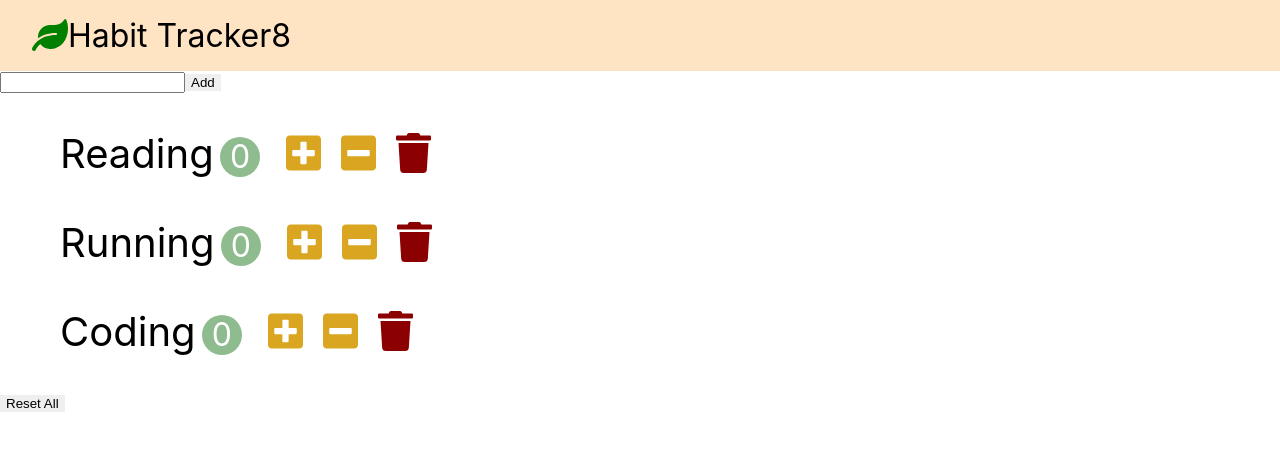
Repository: keehoonjung/react-habit-tracker
Page: / (app in react/habit-tracker/)
The author's editor kept a copy of each file at every save. The page is drawn from the files as they stood at one save, then again after the next save.
The browser window is 1280 px wide. The pictures show the whole page.
The project was rebuilt for these pictures with package versions that can differ from the ones it lists, and the page was loaded fresh each time.

Above is the page before, as saved 2021-08-30 18:30:44.

### react/habit-tracker/public/index.html
<!DOCTYPE html>
<html lang="en">
  <head>
    <meta charset="utf-8" />
    <link rel="icon" href="%PUBLIC_URL%/favicon.ico" />
    <meta name="viewport" content="width=device-width, initial-scale=1" />
    <meta name="theme-color" content="#000000" />
    <meta
      name="description"
      content="Web site created using create-react-app"
    />
    <link rel="apple-touch-icon" href="%PUBLIC_URL%/logo192.png" />
    <title>App</title>
  </head>
  <body>
    <noscript>You need to enable JavaScript to run this app.</noscript>
    <div id="root"></div>
  </body>
</html>

### react/habit-tracker/src/app.jsx
import React, { Component } from "react";
import "./app.css";
import Habits from "./components/habits";

class App extends Component {
  state = {
    count: 0,
  };
  render() {
    return (
      <>
        <nav className="header">
          <i className="fas fa-leaf"></i>
          <span className="header-title">Habit Tracker</span>
          <span className="header-count">8</span>
        </nav>
        <div className="input-container">
          <input type="text" className="input" />
          <button className="habit-input">Add</button>
        </div>
        <Habits />
        <button className="reset-button">Reset All</button>
      </>
    );
  }
}

export default App;

### react/habit-tracker/src/app.css
button {
  outline: none;
  border: 0;
  cursor: pointer;
}

.header {
  background-color: bisque;
  font-size: 2rem;
  padding: 1rem 2rem;
}

.fa-leaf {
  color: green;
}

.habit {
  font-size: 2.5rem;
  padding: 0.5em;
  list-style: none;
}

.habit-count {
  display: inline-block;
  text-align: center;
  width: 2.5rem;
  height: 2.5rem;
  line-height: 2.5rem;
  font-size: 2rem;
  margin-left: 0.2em;
  margin-right: 0.5em;
  background-color: darkseagreen;
  color: white;
  border-radius: 50%;
}

.habit-button {
  font-size: 2.5rem;
  margin: 0 0.1em;
  background-color: transparent;
}

.habit-button:hover {
  opacity: 0.8;
}

.habit-increase,
.habit-decrease {
  color: goldenrod;
}

.habit-delete {
  color: darkred;
}

### react/habit-tracker/src/components/habits.jsx
import React, { Component } from "react";
import Habit from "./habit";

class Habits extends Component {
  state = {
    habits: [
      { id: 1, name: "Reading", count: 0 },
      { id: 2, name: "Running", count: 0 },
      { id: 3, name: "Coding", count: 0 },
    ],
  };

  handleIncrement = (habit) => {
    const habits = [...this.state.habits];
    const index = habits.indexOf(habit);
    habits[index].count++;
    this.setState({ habits });
  };
  handledecrement = (habit) => {
    const habits = [...this.state.habits];
    const index = habits.indexOf(habit);
    const count = habits[index].count - 1;
    habits[index].count = count < 0 ? 0 : count;
    this.setState({ habits });
  };
  handleDelete = (habit) => {
    const habits = this.state.habits.filter((item) => item.id !== habit.id);
    this.setState({ habits });
  };
  render() {
    return (
      <ul>
        {this.state.habits.map((habit) => (
          <Habit
            key={habit.id}
            habit={habit}
            OnhandleIncrement={this.handleIncrement}
            Onhandledecrement={this.handledecrement}
            OnhandleDelete={this.handleDelete}
          />
        ))}
      </ul>
    );
  }
}

export default Habits;

### react/habit-tracker/src/components/habit.jsx
import React, { Component } from "react";

class Habit extends Component {
  handleIncrement = () => {
    // this.setState({ count: this.state.count + 1 });
    this.props.OnhandleIncrement(this.props.habit);
  };

  handledecrement = () => {
    this.props.Onhandledecrement(this.props.habit);
  };
  handleDelete = () => {
    this.props.OnhandleDelete(this.props.habit);
  };
  render() {
    const { name, count } = this.props.habit;
    return (
      <li className="habit">
        <span className="habit-name">{name}</span>
        <span className="habit-count">{count}</span>
        <button
          className="habit-button habit-increase"
          onClick={this.handleIncrement}
        >
          <i className="fas fa-plus-square"></i>
        </button>
        <button
          className="habit-button habit-decrease"
          onClick={this.handledecrement}
        >
          <i className="fas fa-minus-square"></i>
        </button>
        <button
          className="habit-button habit-delete"
          onClick={this.handleDelete}
        >
          <i className="fas fa-trash"></i>
        </button>
      </li>
    );
  }
}

export default Habit;

Loaded but not shown: react/habit-tracker/src/index.js (common file); react/habit-tracker/src/index.css (common file)

After the next save:
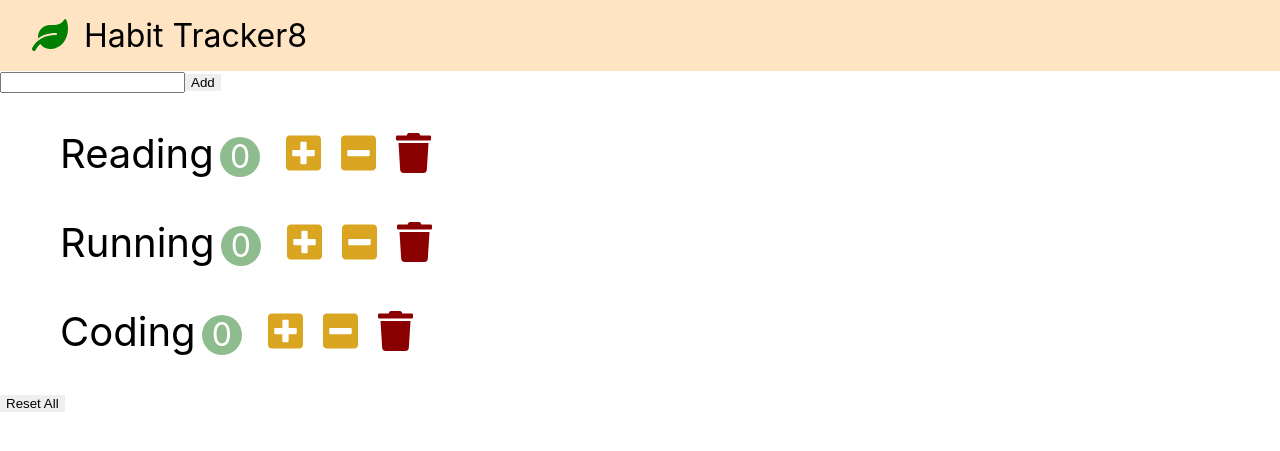
Saved 15 s later.
--- a/react/habit-tracker/src/app.css
+++ b/react/habit-tracker/src/app.css
@@ -12,6 +12,7 @@ button {
 
 .fa-leaf {
   color: green;
+  margin-right: 1rem;
 }
 
 .habit {
